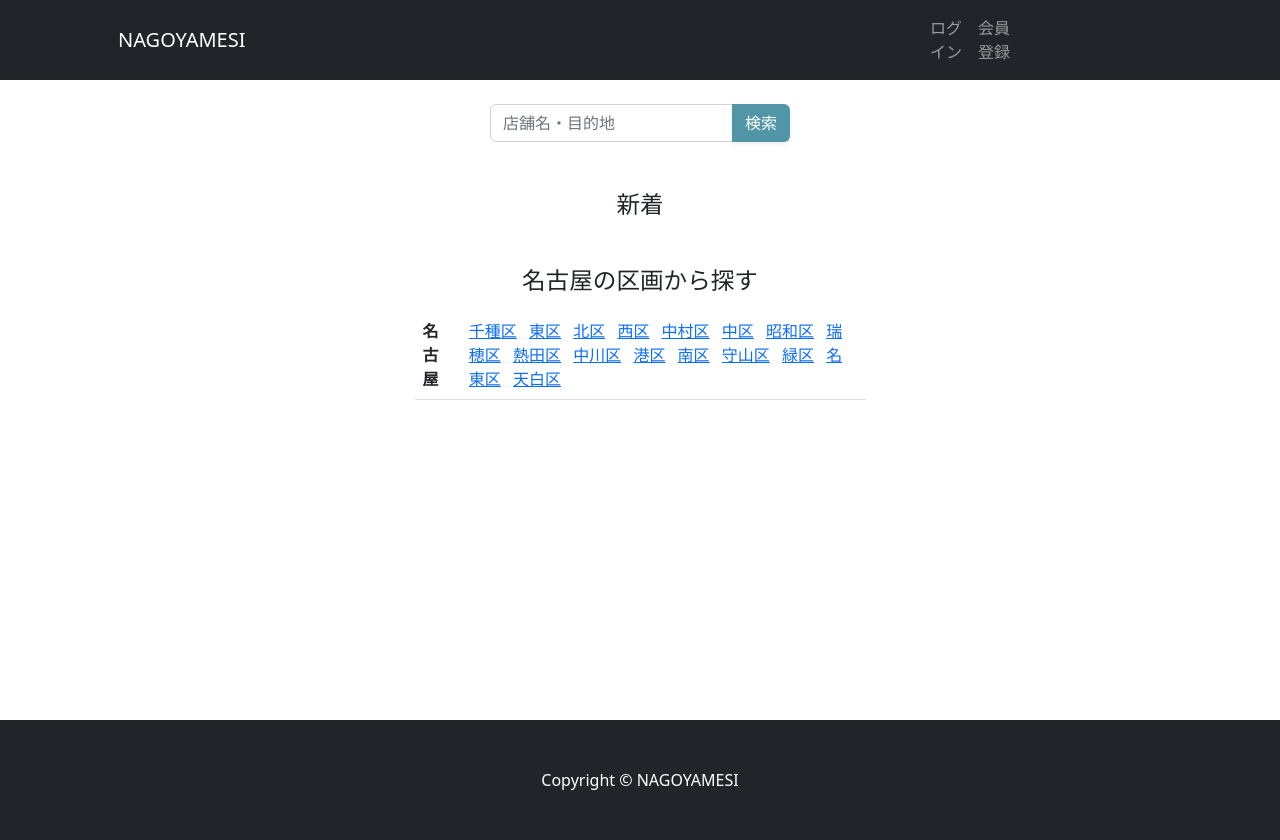
Repository: tearise/springboot-tabelog-kadai
Page: http://localhost/index
An editor plug-in stored every save of this project. The page is shown before and after the next save, followed by the edit.
The browser window is 1280 px wide. The pictures show the whole page.
Some web libraries are served in a nearby version. The page is this project's Thymeleaf template; nobody is signed in. The template is opened directly, without the code that normally fills it, so the values that code supplies are empty.

Above is the page before, as saved 2024-03-23 06:46:19.

After the next save:
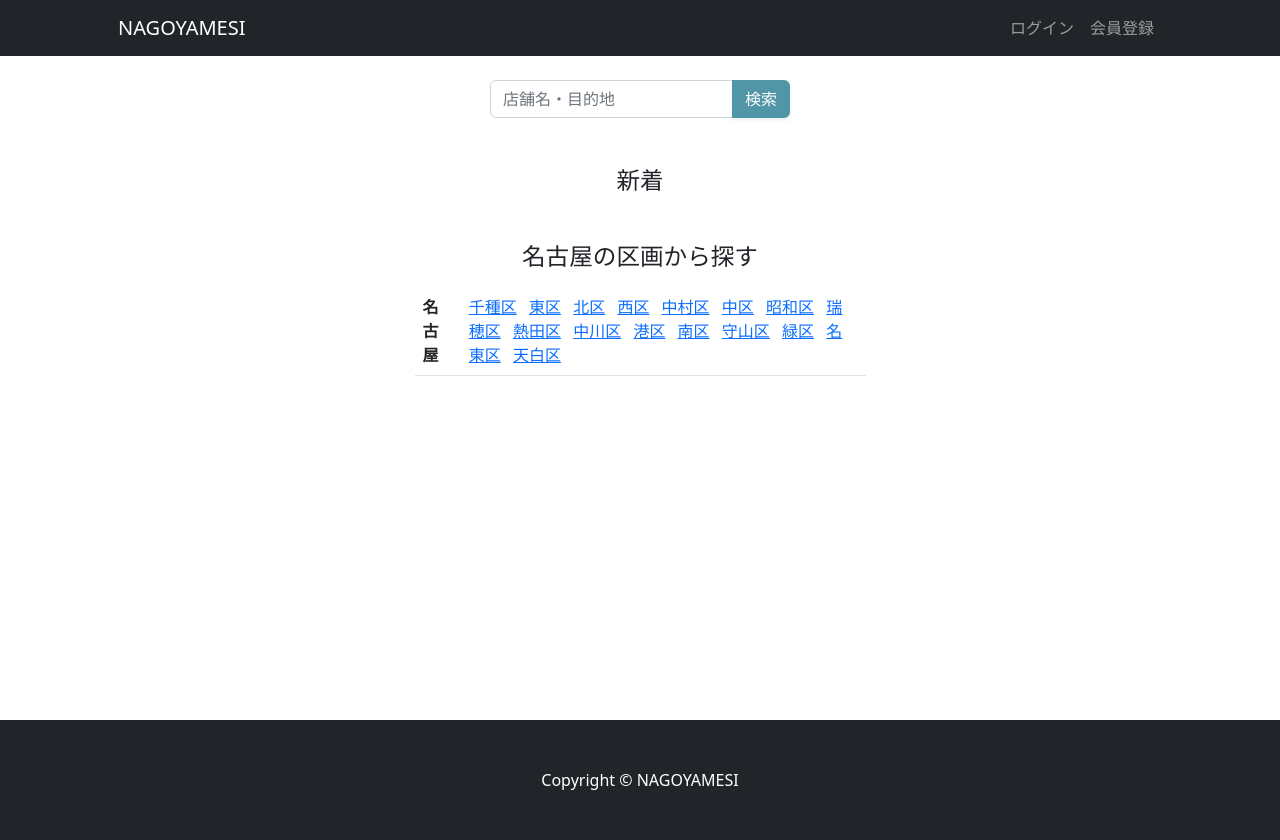
Saved 43 min 21 s later.
--- a/kadai_002/ngoyamesi/nagoyamasi/src/main/resources/templates/fragment.html
+++ b/kadai_002/ngoyamesi/nagoyamasi/src/main/resources/templates/fragment.html
@@ -57,9 +57,7 @@
 
                                  <div class="dropdown-menu dropdown-menu-end" aria-labelledby="navbarDropdownGeneral">
 									 <a class="dropdown-item samuraitravel-dropdown-item" th:href="@{/user}">会員情報</a>
-									 <li class="nav-item dropdown" sec:authorize="hasRole('ROLE_GENERAL_PAID')">
 										 <a class="dropdown-item samuraitravel-dropdown-item" th:href="@{/reservations}">予約一覧</a>
-									 </li>
 
 
                                      <div class="dropdown-divider"></div>
